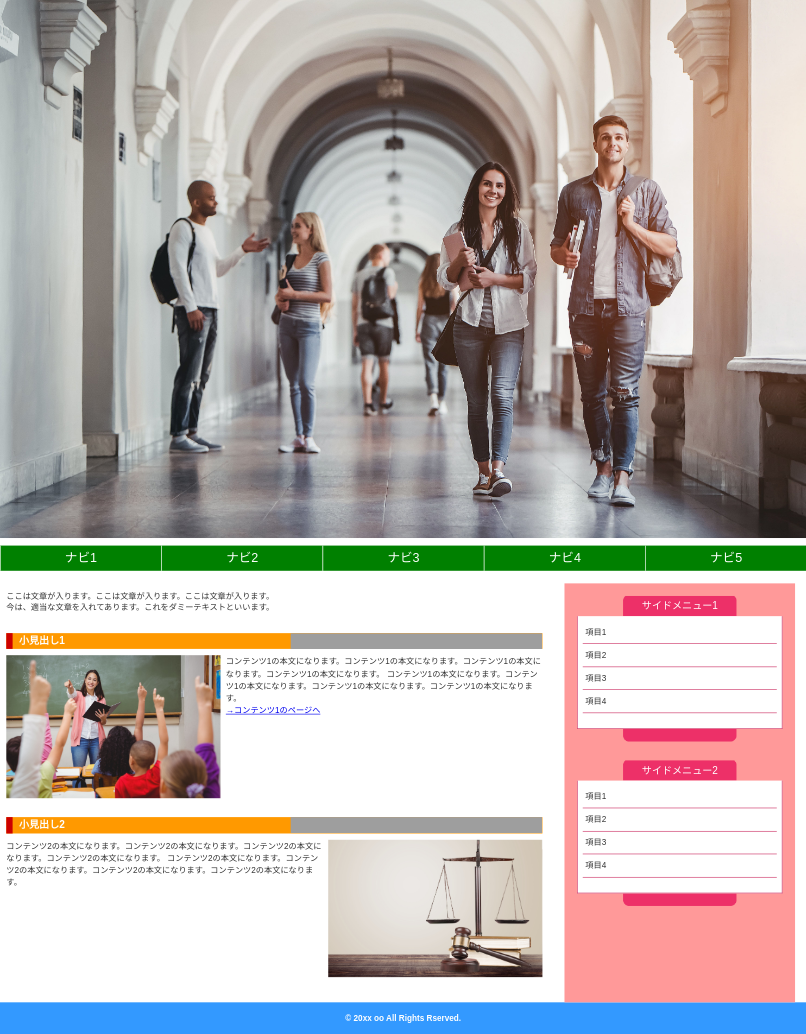
Repository: nagaiy/samurai_HTML-CSS
Page: a.html
The author's editor kept a record of every edit. The page is drawn from the files as they stood at one moment, then again after the next edit.
The browser window is 1280 px wide. The pictures show the whole page, at 63% of full size.
Pictures or frames that could not be fetched are drawn as grey boxes.

Above is the page before.

After the next edit:
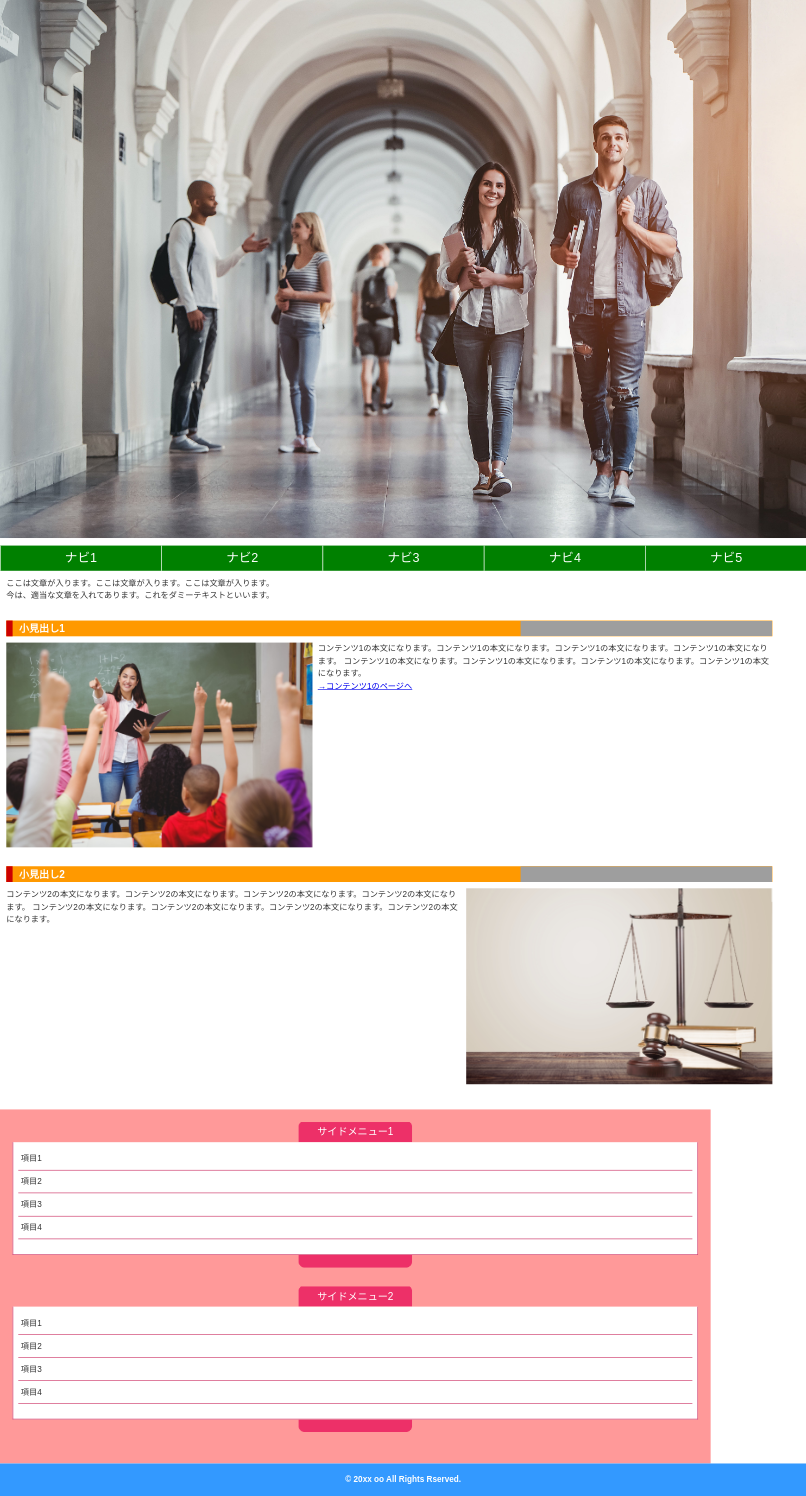
The edit:
--- a/stylesheet.css
+++ b/stylesheet.css
@@ -75,14 +75,13 @@
  }
 
  /* -------------------- container -------------------- */
- #container {
-	width: 100%;
-	margin: auto ;
-	padding-top: 20px;
-	clear: both;
-	display: grid;
-	grid-template-columns: 70vw 30vw;
-}
+ #contanier {
+ width: 100%;
+ margin: auto ;
+ padding-top: 20px;  clear: both;
+ display: grid;
+ grid-template-columns: 70vw 30vw;
+ }
  /* -------------------- main -------------------- */
 #main {
 	width: 95%;

After the edit that followed:
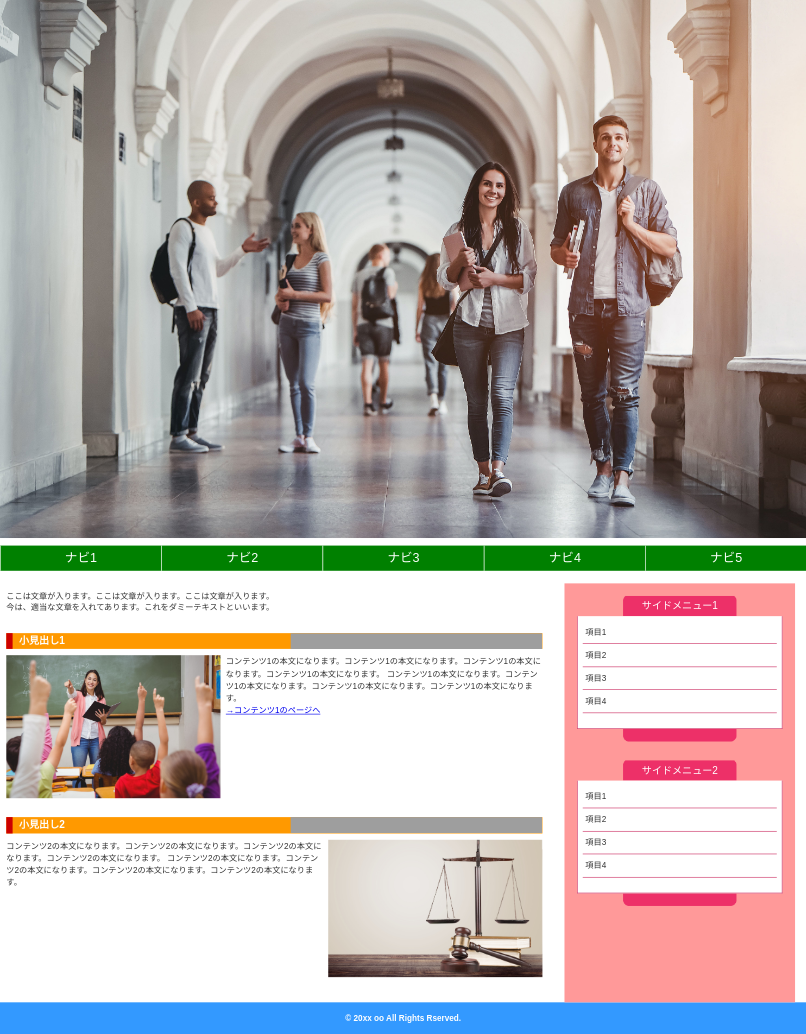
The edit:
--- a/stylesheet.css
+++ b/stylesheet.css
@@ -82,6 +82,14 @@
  display: grid;
  grid-template-columns: 70vw 30vw;
  }
+ #container {
+	width: 100%;
+	margin: auto ;
+	padding-top: 20px;
+	clear: both;
+	display: grid;
+	grid-template-columns: 70vw 30vw;
+}
  /* -------------------- main -------------------- */
 #main {
 	width: 95%;
